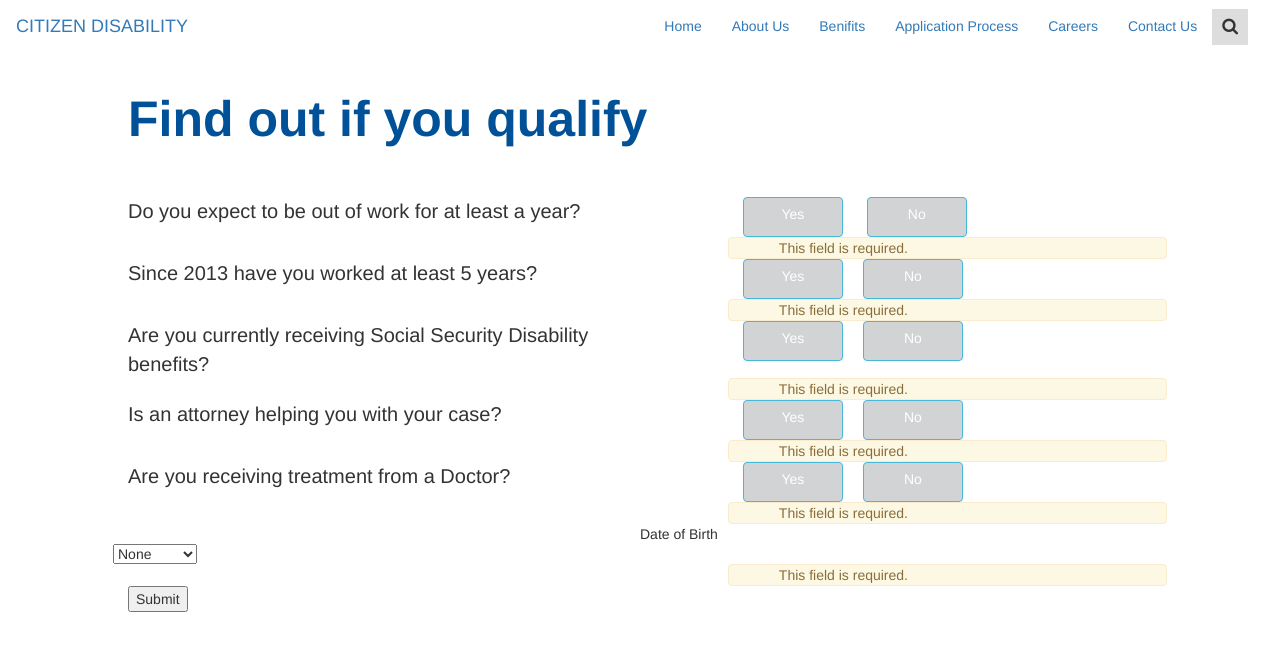
Repository: welcome0605/Embed-html-integrate-with-API
Page: Home.html
The author's editor kept a copy of each file at every save. The page is drawn from the files as they stood at one save, then again after the next save.
The browser window is 1280 px wide. The pictures show the whole page.

Above is the page before, as saved 2019-04-27 16:47:30.

After the next save:
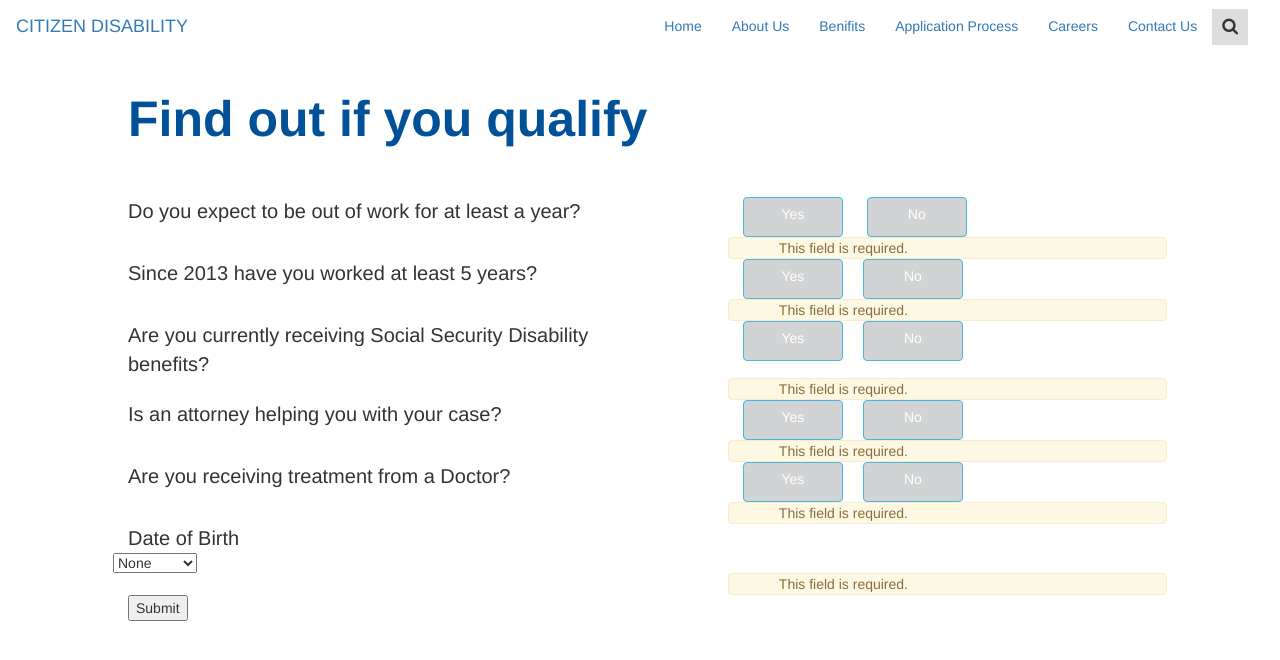
Saved 16 s later.
--- a/Home.html
+++ b/Home.html
@@ -120,8 +120,8 @@
       </div>
       <div class="row">
         <div class="row">
-          <div class="col-md-6 div_label"></div>
-          Date of Birth
+          <div class="col-md-6 div_label">Date of Birth</div>
+          <div class="col-md-6"></div>
         </div>
         <div class="row">
           <select required>
